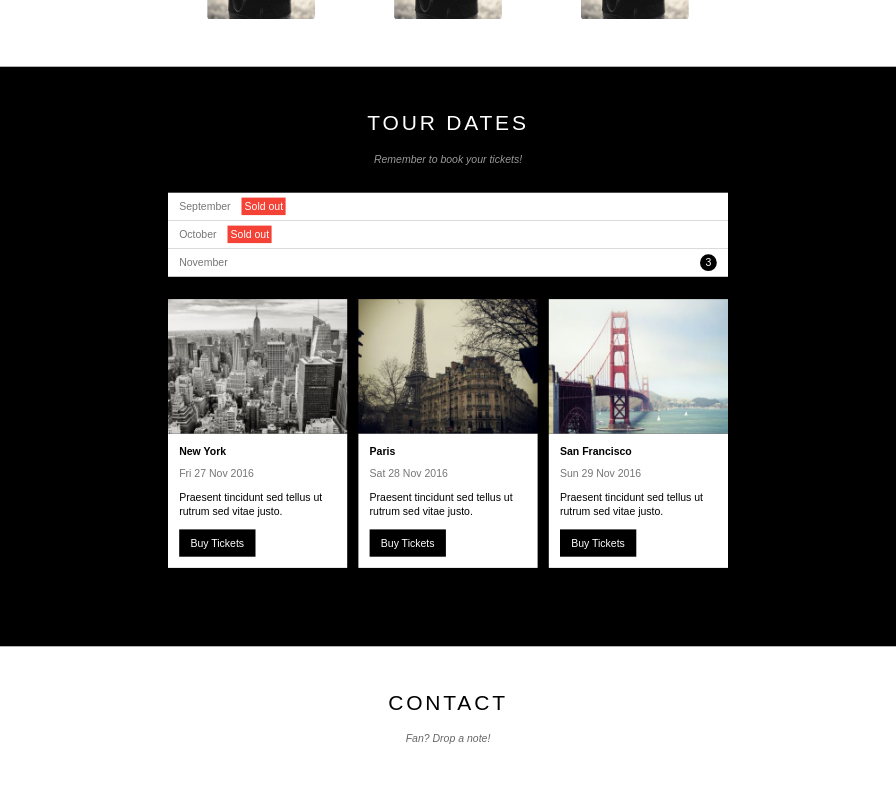
Repository: maivannhan1998/git-w3band
Page: index.html
These files come from the project's save history. The page is drawn as it stood at one moment and after the next save; the edit follows.
The browser window is 1280 px wide. The pictures show the part of the page from y = 1145 to 3065 px (the page is 2273 px tall before and 3065 px after), at 70% of full size.

Above is the page before, as saved 2021-09-05 19:17:40.

After the next save:
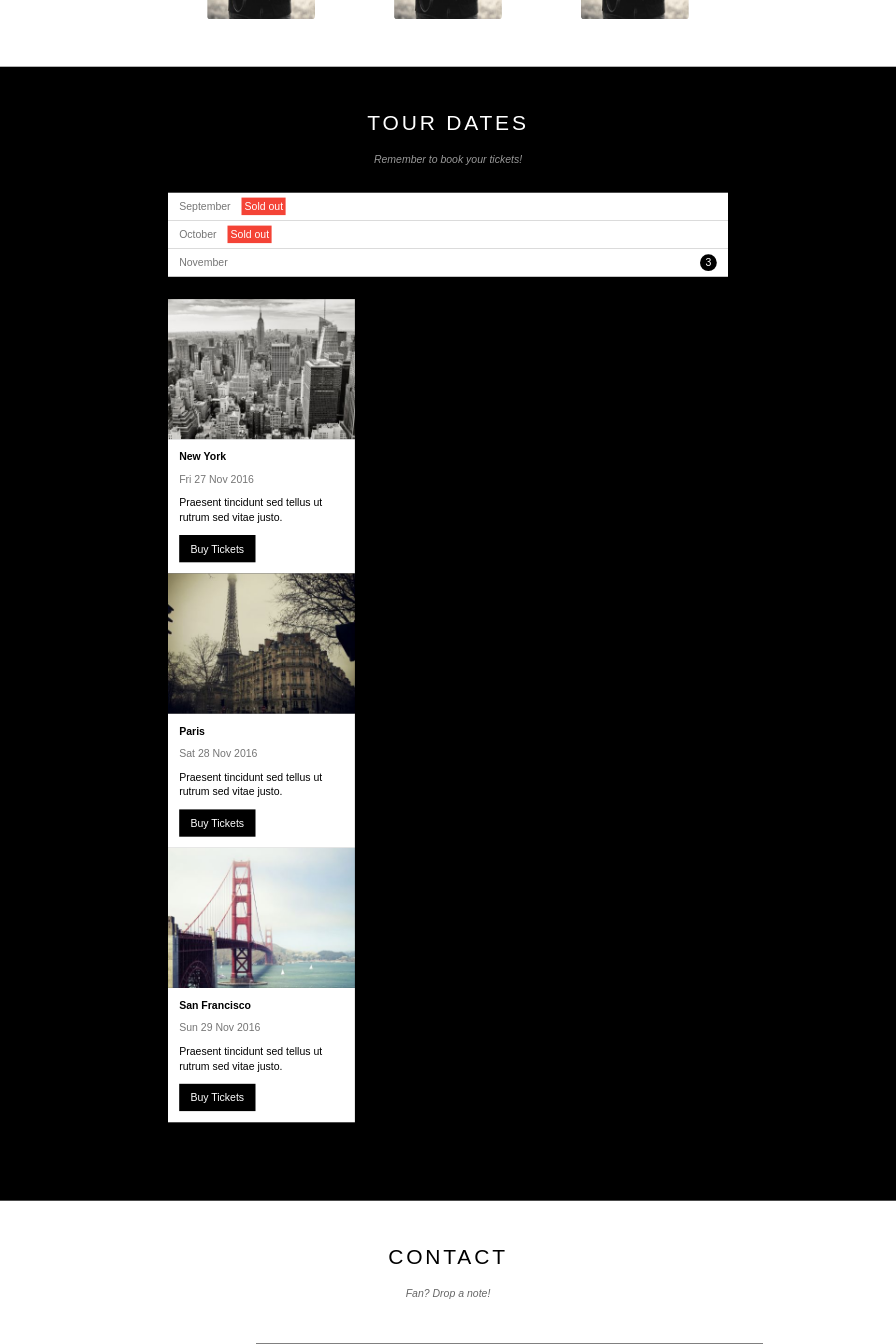
Saved 81 s later.
--- a/asset/css/style.css
+++ b/asset/css/style.css
@@ -249,15 +249,13 @@
     /* margin-top: 32px;
     margin-left: -8px;
     margin-right: -8px; */
-    margin: 32px -8px 48px;
+    margin: 32px -0px 48px;
 
 
 }
 
 .place-item{
-    float: left;
     width: 33.33333%;
-    padding: 0 8px;
 }
 
 .place-img{
